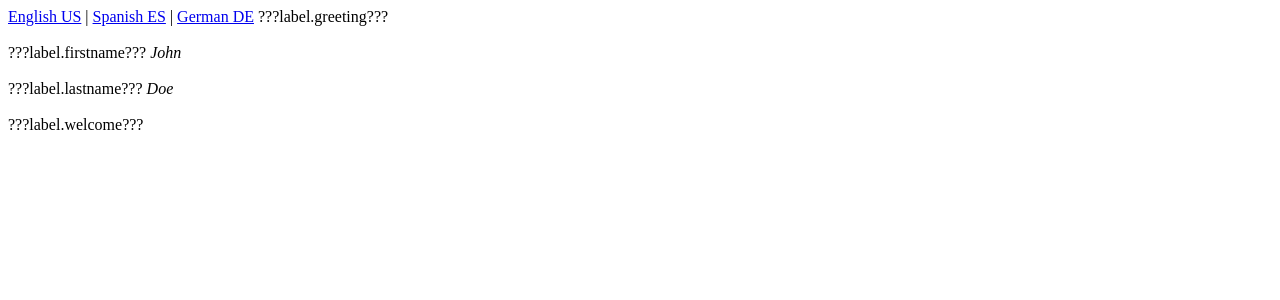
Repository: KMagee/JSP_Course
Page: http://localhost/tagdemo/i18n-messages-test.jsp?theLocal=en_US
An editor plug-in stored every save of this project. The page is shown before and after the next save, followed by the edit.
The browser window is 1280 px wide. The pictures show the whole page.
The page is served by Tomcat 9. Other server files are loaded and not shown.

Above is the page before, as saved 2017-11-05 17:41:23.

### tagdemo/WebContent/i18n-messages-test.jsp
<%@ page language="java" contentType="text/html; charset=ISO-8859-1"
    pageEncoding="ISO-8859-1"%>

<%@ taglib uri="http://java.sun.com/jsp/jstl/core" prefix="c" %>
<%@ taglib uri="http://java.sun.com/jsp/jstl/fmt" prefix="fmt" %>

<!DOCTYPE html PUBLIC "-//W3C//DTD HTML 4.01 Transitional//EN" "http://www.w3.org/TR/html4/loose.dtd">

<c:set var="theLocale"
value="${not empty param.theLocale ? param.theLocale : pageContext.request.locale}"
scope="session"/>

<fmt:setLocale value="${theLocale}"/>

<html>
<head>
<meta http-equiv="Content-Type" content="text/html; charset=ISO-8859-1">
<title>MultiLingual App</title>

</head>
<body>

<a href="i18n-messages-test.jsp?theLocal=en_US">English US</a>
|
<a href="i18n-messages-test.jsp?theLocal=es_ES">Spanish ES</a>
|
<a href="i18n-messages-test.jsp?theLocal=de_DE">German DE</a>


<fmt:message key="label.greeting"/> <br/><br/>

<fmt:message key="label.firstname"/> <i>John</i><br/><br/>

<fmt:message key="label.lastname"/> <i>Doe</i><br/><br/>

<fmt:message key="label.welcome"/> <br/>

</body>
</html>

After the next save:
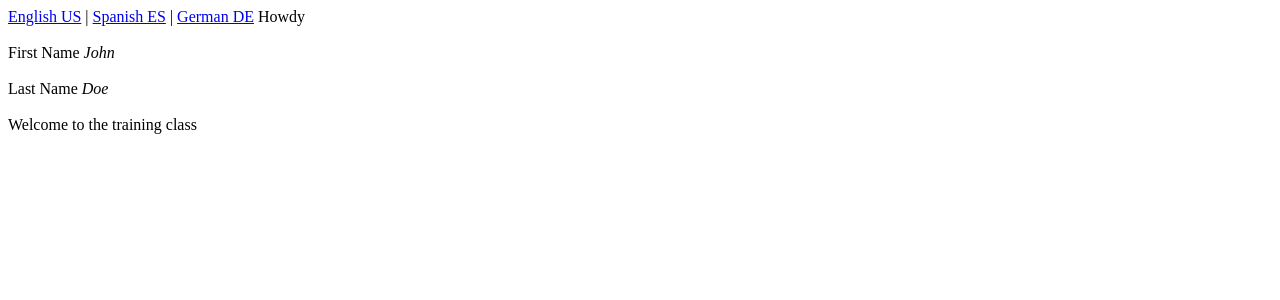
Saved 2 min 39 s later.
--- a/tagdemo/WebContent/i18n-messages-test.jsp
+++ b/tagdemo/WebContent/i18n-messages-test.jsp
@@ -11,6 +11,10 @@ value="${not empty param.theLocale ? param.theLocale : pageContext.request.local
 scope="session"/>
 
 <fmt:setLocale value="${theLocale}"/>
+
+<fmt:setBundle basename="com.luv2code.jsp.tagdemo.i18n.resources.mylabels"/>
+<!-- JSP WILL APPEND THE LOCALE mylabels_<theLocale.properties> here -->
+
 
 <html>
 <head>
